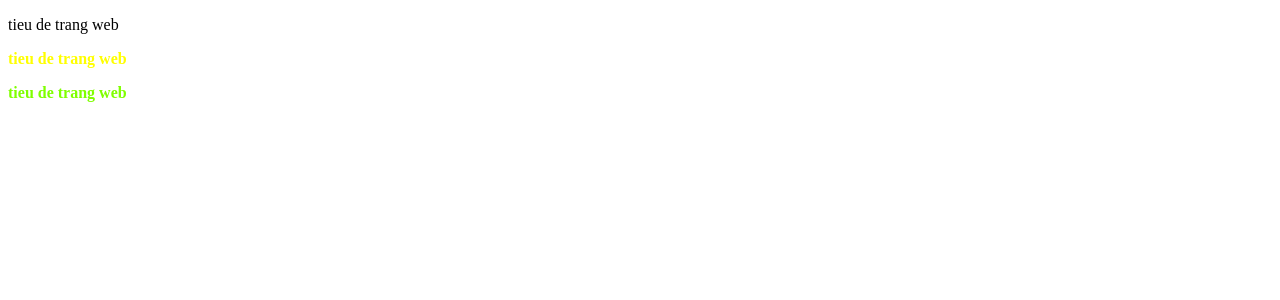
Repository: quocanh1010/quocanh1010.github.io
Page: Front End bai 1 2/index.html
The author's editor kept a copy of each file at every save. The page is drawn from the files as they stood at one save, then again after the next save.
The browser window is 1280 px wide. The pictures show the whole page.

Above is the page before, as saved 2021-04-16 20:35:34.

### Front End bai 1 2/index.html
<!DOCTYPE html>
<html lang="en">

<head>
    <meta charset="UTF-8">
    <meta http-equiv="X-UA-Compatible" content="IE=edge">
    <meta name="viewport" content="width=device-width, initial-scale=1.0">
    <title>Techmaster</title>


    <style>
        h1 {
            color:red;
            background: rgb(38, 95, 117);
        }

        .font-other {
            font-weight: 400;
        }
        p#classic-color {
            color: blue;
        }
        #classic-color {
            color: violet;
        }
        .mau-vang {
            font-weight: 800;
            color: yellow;
        }

    </style>

</head>

<body>

    <p>tieu de trang web</p>
    <p class="mau-vang" >tieu de trang web</p>
    <p class="mau-vang font-other" id="classic-color" style="color: chartreuse;">tieu de trang web</p>


</body>

</html>

After the next save:
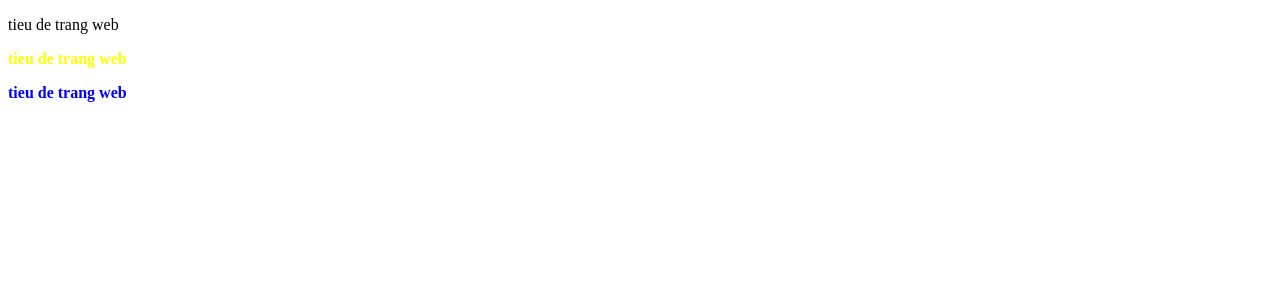
Saved 40 s later.
--- a/Front End bai 1 2/index.html
+++ b/Front End bai 1 2/index.html
@@ -18,7 +18,7 @@
             font-weight: 400;
         }
         p#classic-color {
-            color: blue;
+            color: blue!important;
         }
         #classic-color {
             color: violet;

After the save that followed:
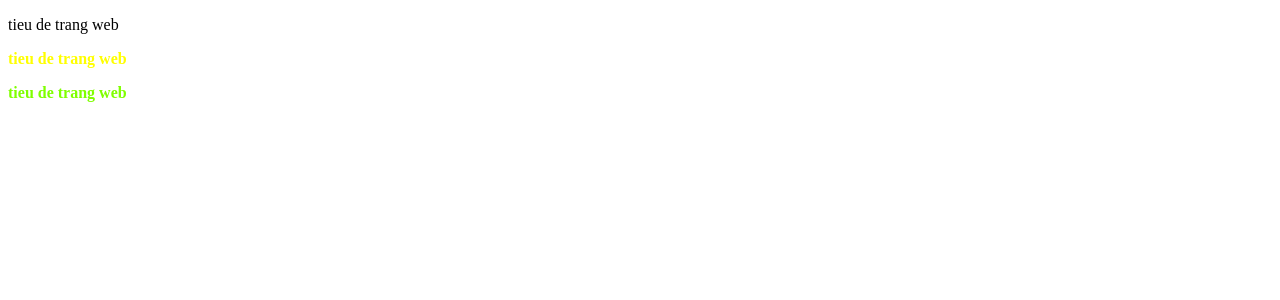
Saved 26 s later.
--- a/Front End bai 1 2/index.html
+++ b/Front End bai 1 2/index.html
@@ -36,7 +36,7 @@
 
     <p>tieu de trang web</p>
     <p class="mau-vang" >tieu de trang web</p>
-    <p class="mau-vang font-other" id="classic-color" style="color: chartreuse;">tieu de trang web</p>
+    <p class="mau-vang font-other" id="classic-color" style="color: chartreuse!important;">tieu de trang web</p>
 
 
 </body>
